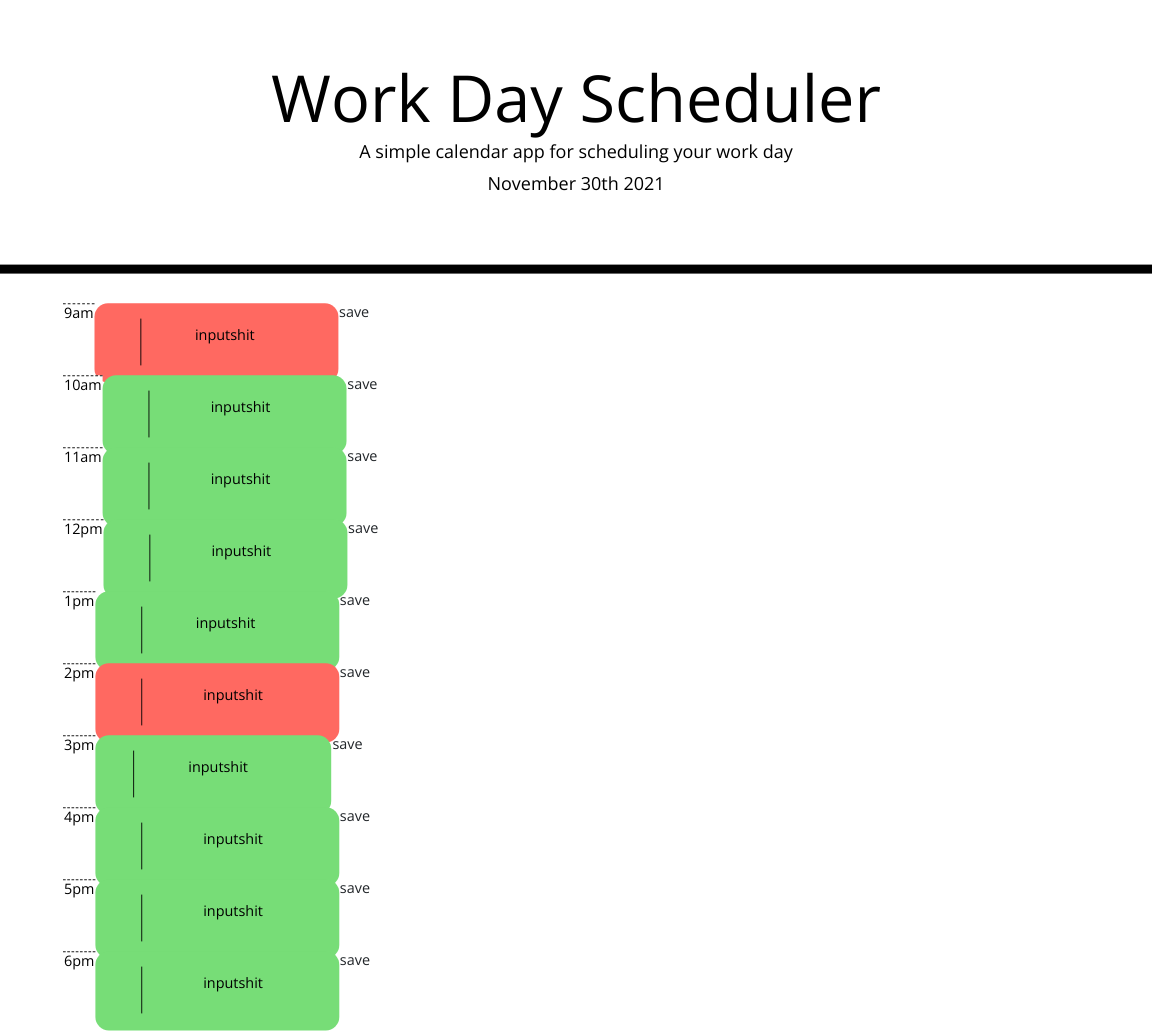
Repository: Naomilounsbury/work-day-scheduler
Page: index.html
The author's editor kept a copy of each file at every save. The page is drawn from the files as they stood at one save, then again after the next save.
The browser window is 1280 px wide. The pictures show the whole page, at 90% of full size.
Some web libraries are served in a nearby version.

Above is the page before, as saved 2021-12-01 10:47:34.

After the next save:
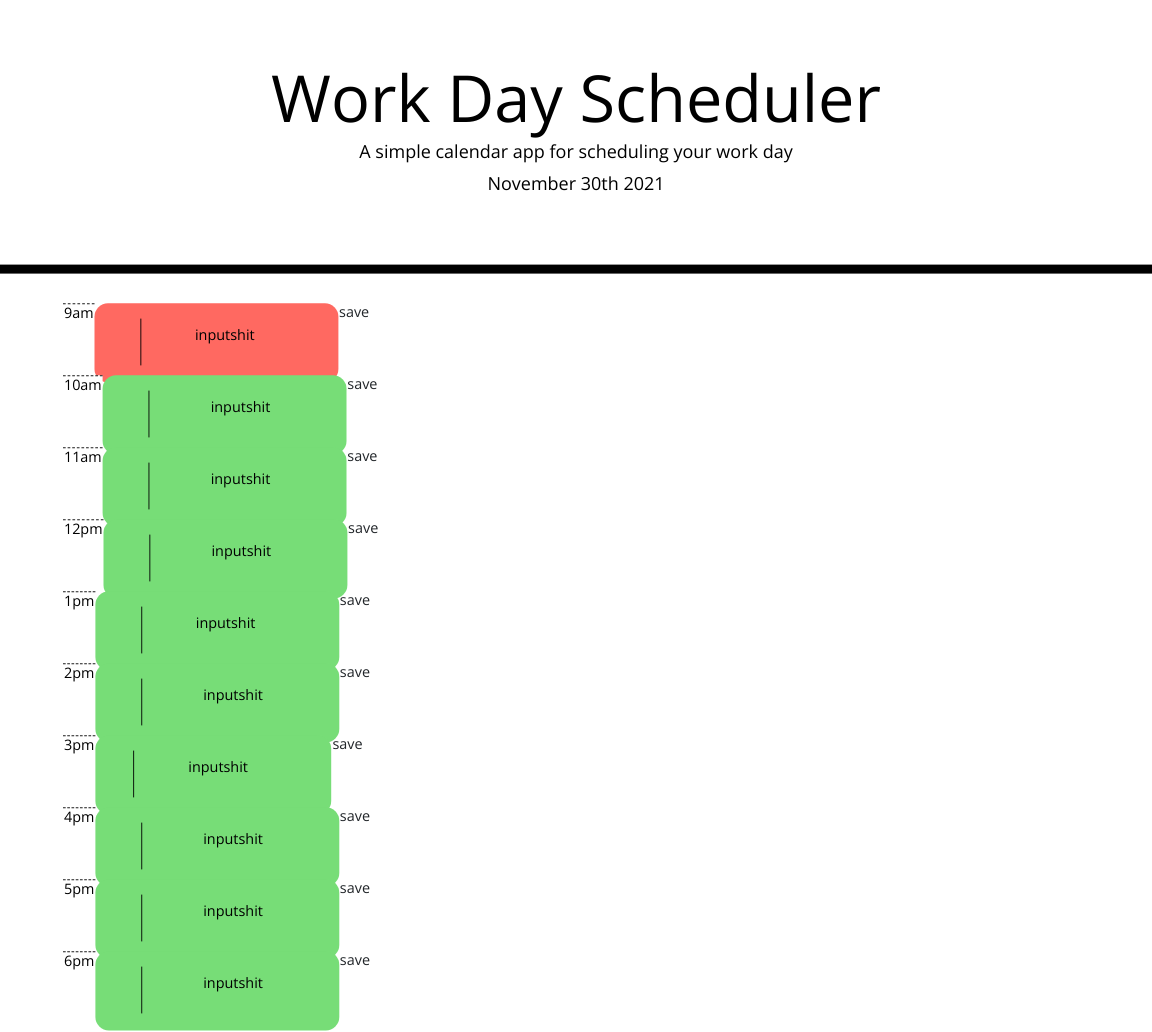
Saved 71 s later.
--- a/index.html
+++ b/index.html
@@ -69,7 +69,7 @@
         </tr>
         <tr class="row">
           <td class="hour">1pm</td>
-          <td class="time-block" id="14">
+          <td class="time-block" id="13">
             <textarea>
             inputshit</textarea>
           </td>
@@ -77,7 +77,7 @@
         </tr>
         <tr class="row">
           <td class="hour">2pm</td>
-          <td class="time-block" id="9">
+          <td class="time-block" id="14">
             <textarea>
               inputshit
             </textarea>
